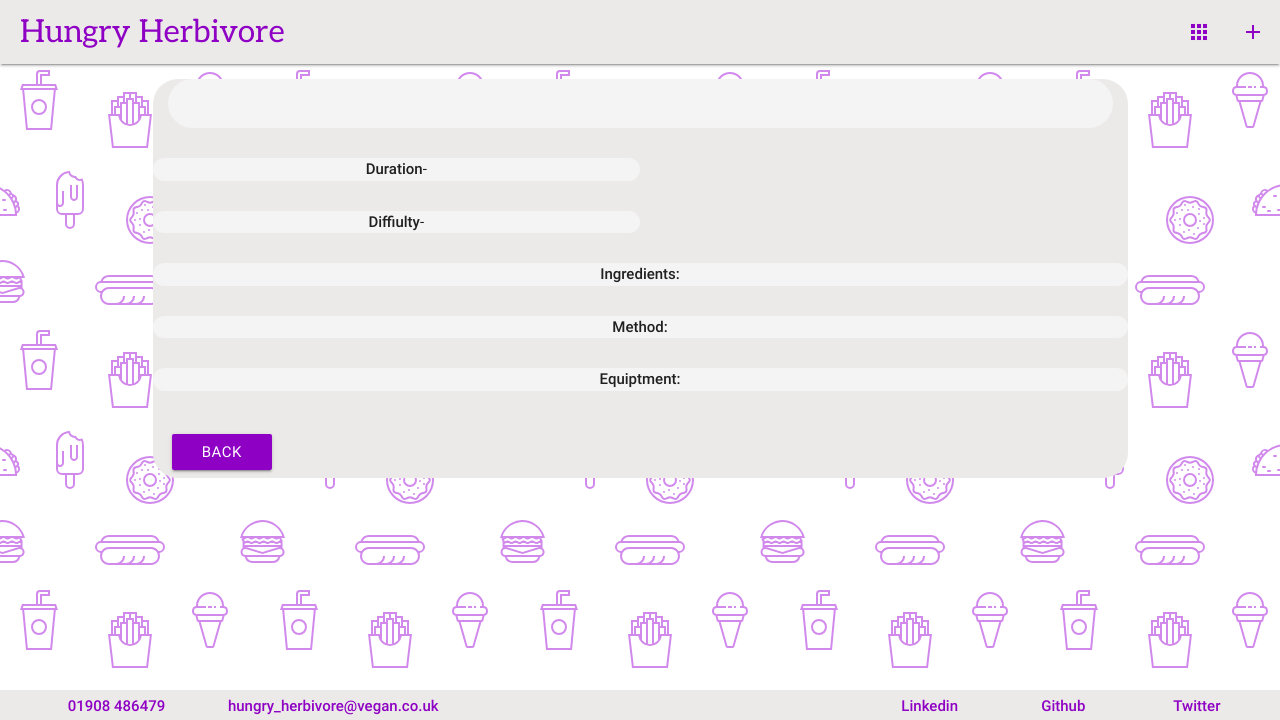
Repository: tgarratt/HungryHerbivore-Milestone3
Page: templates/viewrecipe.html
The author's editor kept a record of every edit. The page is drawn from the files as they stood at one moment, then again after the next edit.
The browser window is 1280 px wide. The pictures show the whole page.
The template is drawn by Flask 3. The application's start-up code is not run. Other server files are loaded and not shown. The template is opened directly, without the code that normally fills it, so the values that code supplies are empty.

Above is the page before.

### templates/viewrecipe.html
{% extends 'parent.html'%} {% block content %}

<div class="page-content">
    <div class="recipe-header row">
        <h2 class="col l12">
            {{recipe.meal_name}}
        </h2>
    </div>
    <div class="row">
        <div class="recipe-content col l6">
            <div><strong>Duration</strong>- {{recipe.meal_time}}</div>
        </div>
        <div class="recipe-content col l6">
            <div><strong>Diffiulty</strong>- {{recipe.difficulty}}</div>
        </div>
        <div class="recipe-content col l12">
            <div><strong>Ingredients:</strong></div>
            <div>{{recipe.meal_ingredients}}</div>
        </div>
        <div class="recipe-content col l12">
            <div><strong>Method:</strong></div>
            <div>{{recipe.meal_method}}</div>
        </div>
        <div class="recipe-content col l12">
            <div><strong>Equiptment:</strong></div>
            <div>{{recipe.meal_requirements}}</div>
        </div>
    </div>
    <div class="row">
        <div class="col l2">
            <a href="{{url_for('get_recipes')}}" class="waves-effect waves-light btn buttons buttons-hover">Back</a>
        </div>
    </div>
</div>

{% endblock %}

### templates/parent.html
<!DOCTYPE html>
<html>

<head>
    <link href="https://fonts.googleapis.com/icon?family=Material+Icons" rel="stylesheet">
    <link href='https://fonts.googleapis.com/css?family=Aleo' rel='stylesheet'>
    <link rel="stylesheet" href="https://cdnjs.cloudflare.com/ajax/libs/materialize/0.100.2/css/materialize.min.css">
    <link rel="stylesheet" href="{{url_for('static', filename='css/style.css')}}" type="text/css" />


</head>

<body>
    <header>
        <nav class="nav-color">
            <div class="nav-wrapper">
                <a href="{{url_for('get_recipes')}}" class="brand-logo nav-text nav-logo">Hungry Herbivore</a>
                <ul class="right hide-on-med-and-down">
                    <li><a href="{{url_for('get_recipes')}}"><i class="material-icons nav-text">apps</i></a></li>
                    <li><a href="{{url_for('add_recipe')}}"><i class="material-icons nav-text">add</i></a></li>
                </ul>
            </div>
        </nav>
    </header>
    {% block content %} {% endblock %}
    <div>
        <footer>
            <div class="footer-text row">
                <div class="col m4 row">
                    <div class="col m6">01908 486479</div>
                    <div class="col m6">hungry_herbivore@vegan.co.uk</div>
                </div>
                <div class="col m4"></div>
                <div class="col m4 row">
                    <a href="https://www.linkedin.com/in/tom-garratt-303284168/">
                        <div class="col m4 footer-hover footer-link">
                            Linkedin
                        </div>
                    </a>
                    <a href="https://github.com/tgarratt">
                        <div class="col m4 footer-hover footer-link">
                            Github
                        </div>
                    </a>
                    <a href="N/A">
                        <div class="col m4 footer-hover footer-link">
                            Twitter
                        </div>
                    </a>
                </div>
            </div>
        </footer>
    </div>
    <script src="https://cdnjs.cloudflare.com/ajax/libs/jquery/3.4.1/jquery.min.js" integrity="sha256-CSXorXvZcTkaix6Yvo6HppcZGetbYMGWSFlBw8HfCJo=" crossorigin="anonymous"></script>
    <script src="https://cdnjs.cloudflare.com/ajax/libs/materialize/0.100.2/js/materialize.min.js"></script>
    <script type="text/javascript" src="display/js/main.js"></script>
    <script type="text/javascript">
        $(document).ready(function() {
            $('.collapsible').collapsible();
            $('select').material_select();
        });
    </script>
</body>

</html>

### static/css/style.css
/*--------------------------------------------- MAIN TAG CLASSES */

body {
    background-color: #ffffff;
    background-image: url("data:[embedded picture, 9922 characters]");
    padding-bottom: 30px;
    margin: 0px;
}

/*--------------------------------------------- GENERAL */

.page-content {
    background-color: #ECE9E9;
    margin-top: 10px;
    margin-bottom: 10px;
    margin-left: auto;
    margin-right: auto;
    width: 65em;
    border-radius: 25px;
}

.buttons {
    margin: 8px;
    background-color: #8E00C3 !important;
}

.buttons-hover:hover {
    background-color: #ECE9E9 !important;
    color: #8E00C3;
    transition: 0.5s;
}

.key-width {
    width: 20%
}

.margin-auto {
    margin: 0 auto;
}

/*--------------------------------------------- NAV BAR */

.nav-logo {
    font-family: 'Aleo';
    margin-left: 20px;
}

.nav-text {
    color: #8E00C3 !important;
}

.nav-color {
    background-color: #ECE9E9 !important;
}

/*--------------------------------------------- RECIPES */

.icon-size {
    font-size: 150%;
}

/*--------------------------------------------- KEY */

.novice {
    color: #00e676 !important;
}

.competent {
    color: #4fc3f7 !important;
}

.intermediate {
    color: #ffa000 !important;
}

.advanced {
    color: #d32f2f !important;
}

.professional {
    color: #000000 !important;
}

.key-content {
    background-color: #ECE9E9;
    margin-top: 10px;
    margin-bottom: 10px;
    margin-left: auto;
    margin-right: auto;
    width: 50%;
    border-radius: 10px;

}

.key-info {
    font-size: 75%;
    margin: 0 auto;
    display: inline-block;
}


.key-text {
    text-align: center;
}

/*--------------------------------------------- MODIFY RECIPE */

.button-delete {
    margin: 8px;
    background-color: #bb2124!important;
}

.delete-interact:hover {
    background-color: #F92E32 !important;
}

/*--------------------------------------------- VIEW RECIPE */

.recipe-header {
    text-align: center;
    background-color: #F4F4F4;
    margin: 15px;
    border-radius: 25px;
}

.recipe-content {
    margin: 15px;
    background-color: #F4F4F4;
    width: 85%;
    border-radius: 25px;
    text-align: center;
    float: left;
}

/*--------------------------------------------- FOOTER */

footer {
    width: 100%;
    background-color: #ECE9E9;
    color: #8E00C3;
    position: fixed;
    left: 0px;
    bottom: 0px;
    height: 30px;
}

.footer-text {
    text-align: center;
    font-weight: 500;
    margin: 5px;
}

.footer-hover:hover {
    color: #BB2FF1 !important;
}

.footer-link {
    text-decoration: none;
    color: #8E00C3 !important;
}

Loaded but not shown: static/js/main.js (no copy from this time; the picture is the same without it)

After the next edit:
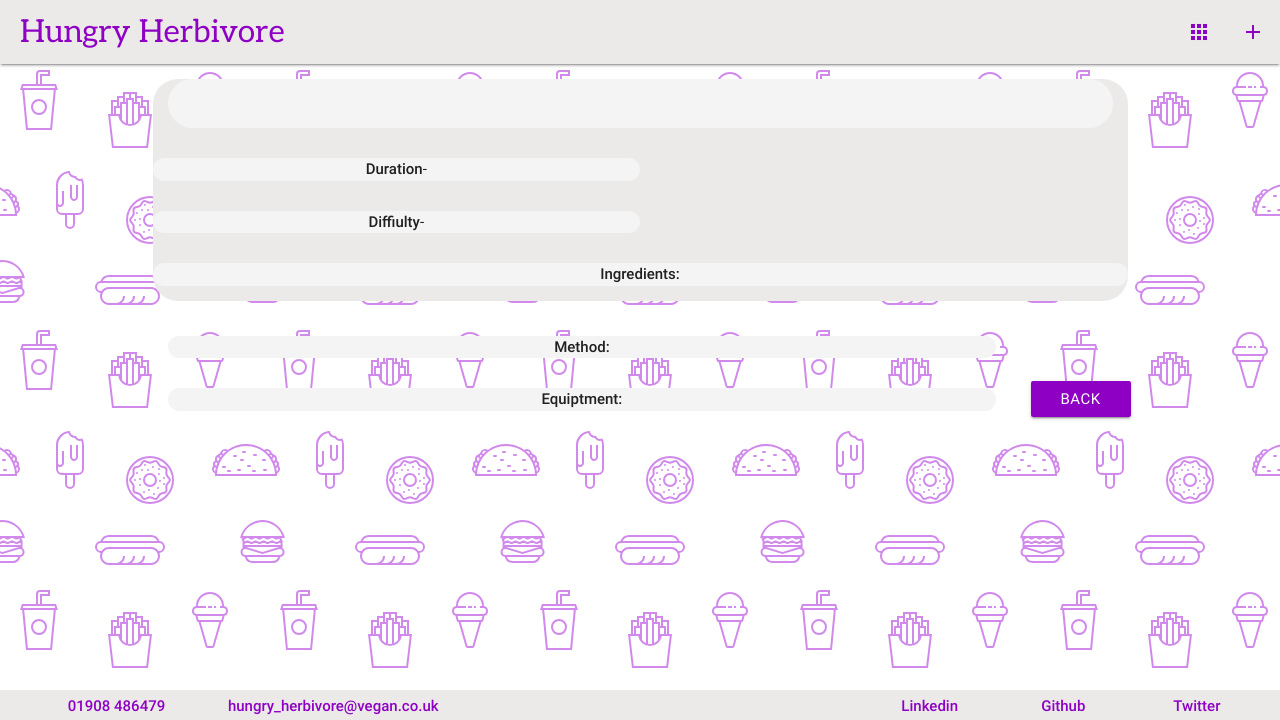
The edit:
--- a/templates/viewrecipe.html
+++ b/templates/viewrecipe.html
@@ -13,7 +13,7 @@
         <div class="recipe-content col l6">
             <div><strong>Diffiulty</strong>- {{recipe.difficulty}}</div>
         </div>
-        <div class="recipe-content col l12">
+        <span class="recipe-content col l12">
             <div><strong>Ingredients:</strong></div>
             <div>{{recipe.meal_ingredients}}</div>
         </div>

After the edit that followed:
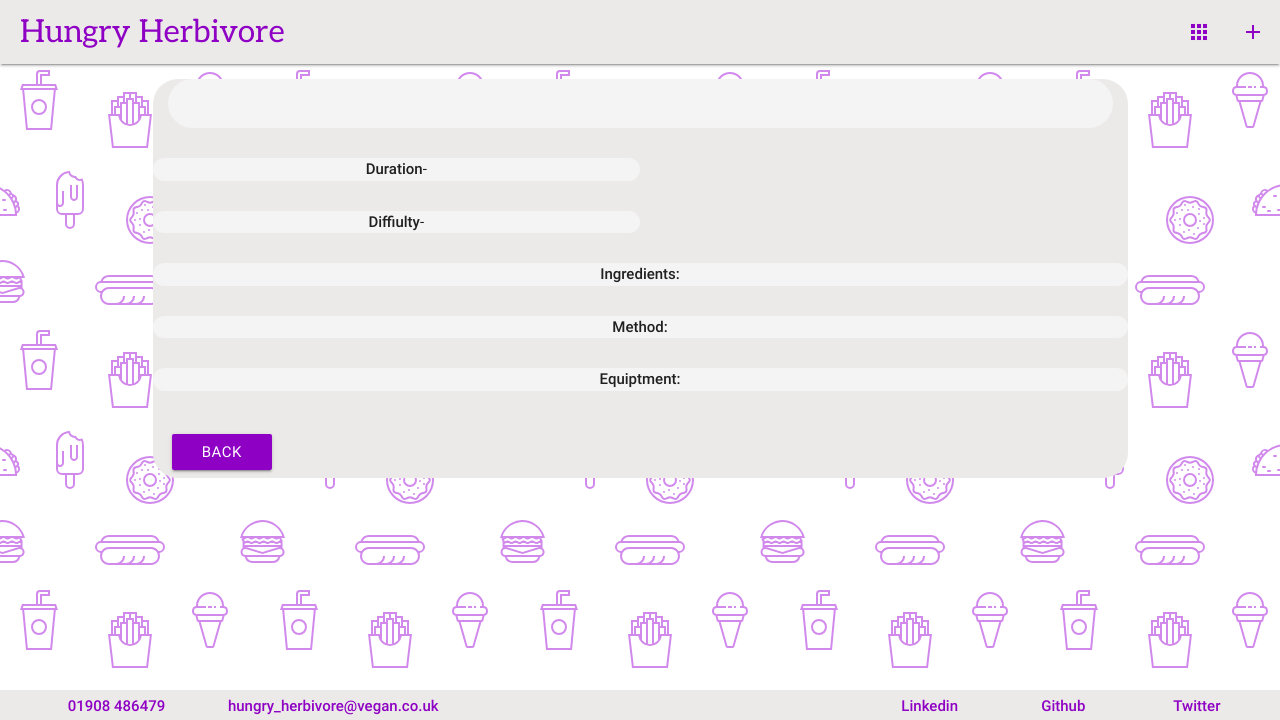
The edit:
--- a/templates/viewrecipe.html
+++ b/templates/viewrecipe.html
@@ -16,7 +16,7 @@
         <span class="recipe-content col l12">
             <div><strong>Ingredients:</strong></div>
             <div>{{recipe.meal_ingredients}}</div>
-        </div>
+        </span>
         <div class="recipe-content col l12">
             <div><strong>Method:</strong></div>
             <div>{{recipe.meal_method}}</div>
